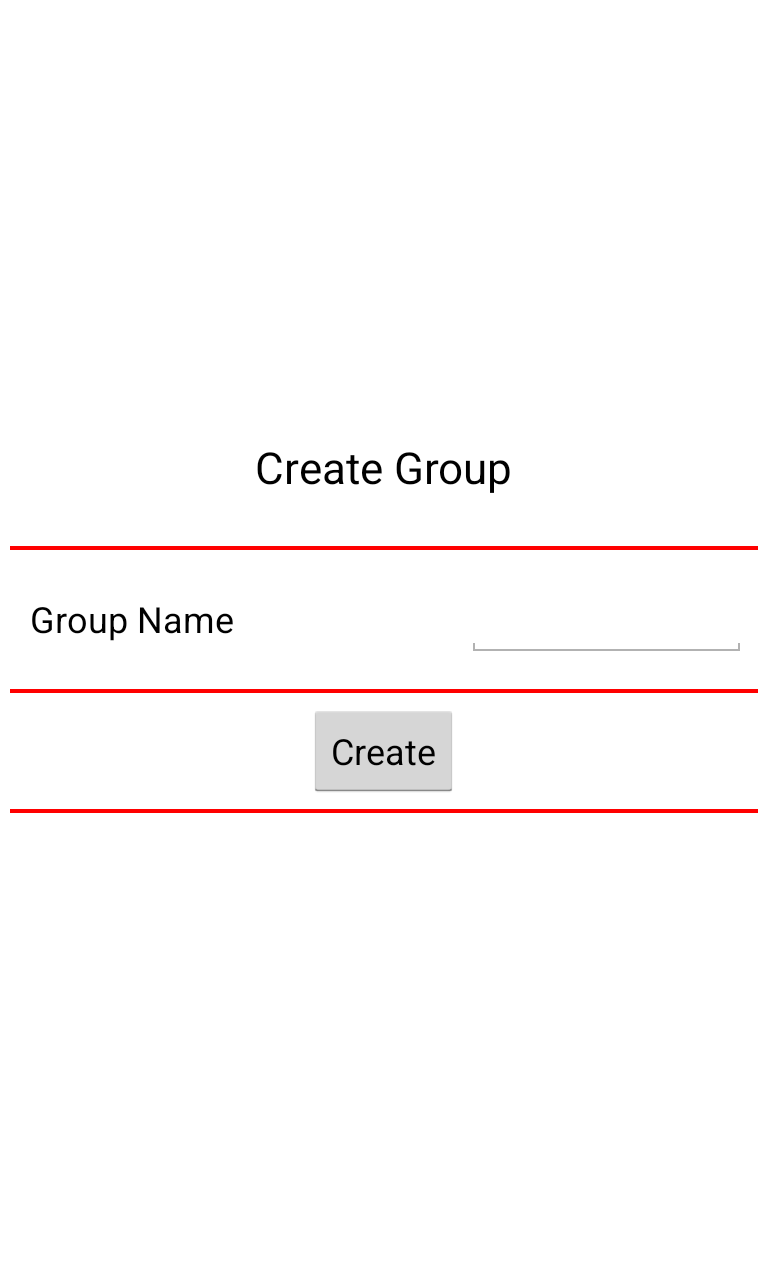
Repository: mansee8/Emergency-Service-Information-Provider
Layout: Emergency Service Information Provider/ESIP/ESIP/res/layout/create_group.xml
These files come from the project's save history. The layout is drawn as it stood at one moment and after the next save; the edit follows.
It is drawn on a 768 x 1280 px phone screen (xhdpi) without system bars, with theme AppTheme; the app's code is not run.

Above is the layout before, as saved 2014-02-27 07:56:03.

After the next save:
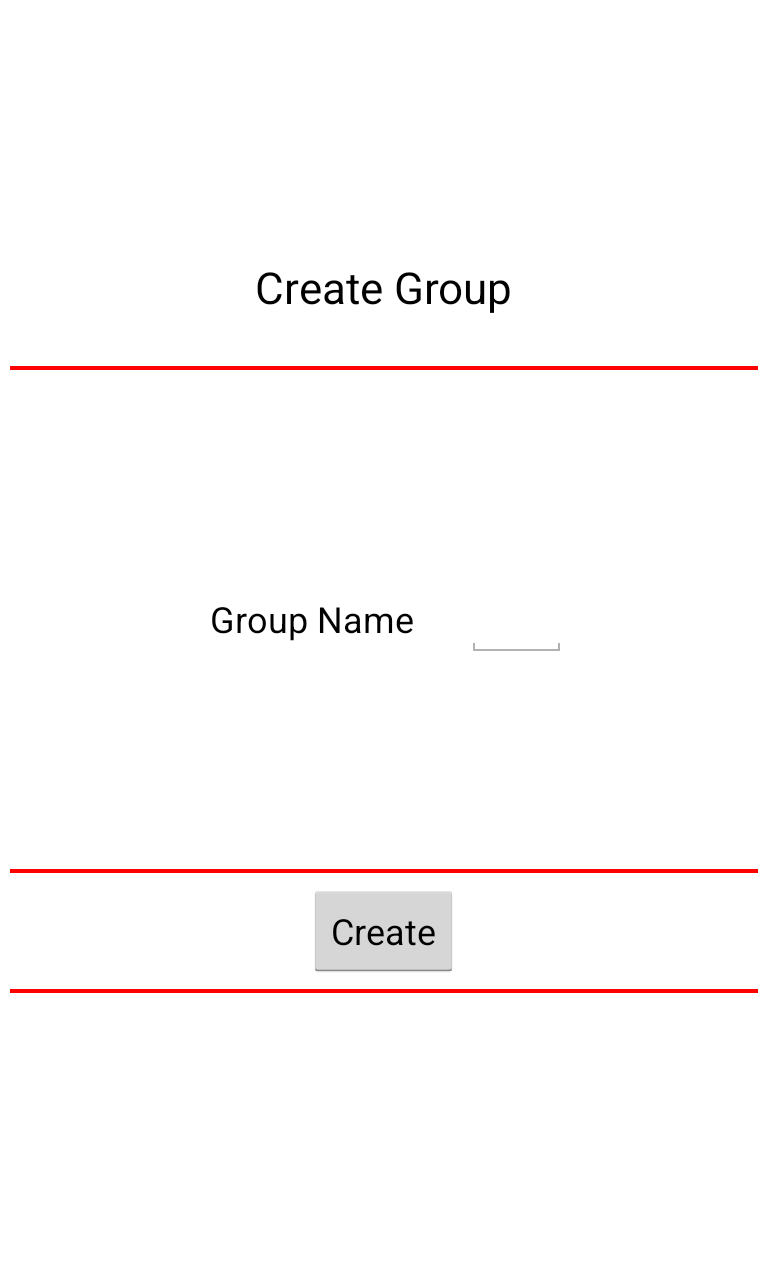
Saved 10 s later.
--- a/Emergency Service Information Provider/ESIP/ESIP/res/layout/create_group.xml
+++ b/Emergency Service Information Provider/ESIP/ESIP/res/layout/create_group.xml
@@ -19,9 +19,9 @@
         android:background="#ff0000" />
 
     <LinearLayout
-        android:layout_margin="10dp"
         android:layout_width="fill_parent"
         android:layout_height="wrap_content"
+        android:layout_margin="100dp"
         android:orientation="horizontal" >
 
         <TextView
